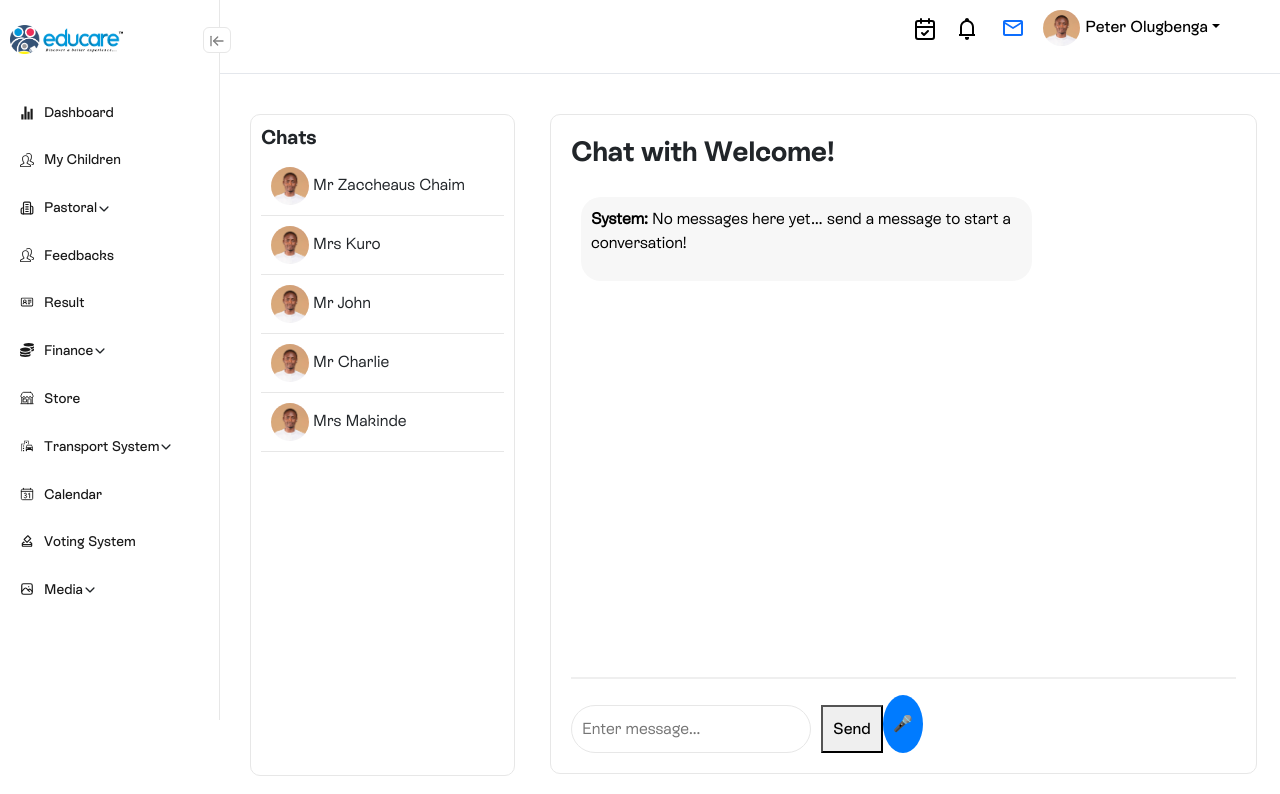
Repository: sarahnnanyelugo/educare-dashboards
Page: /chat-interface
An editor plug-in stored every save of this project. The page is shown before and after the next save, followed by the edit.
The browser window is 1280 px wide. The pictures show the whole page.
The project was rebuilt for these pictures with package versions that can differ from the ones it lists, and the page was loaded fresh each time. Also part of the build but not shown: src/Dashboards/Parents/Feedbacks/feedbacks.scss, src/components/AppTable/table.scss, src/components/AppTable/AppTable.js, src/Utils/DataUtils.js, src/components/Select/select.scss, src/components/Select/Select.js, src/components/Search/search.scss, src/components/Search/Search.js and 50 more.

Above is the page before, as saved 2024-11-27 13:13:02.

### src/App.js
import logo from "./logo.svg";
import "./App.scss";
import "bootstrap/dist/css/bootstrap.min.css";
import { BrowserRouter, Routes, Route, Link, Outlet } from "react-router-dom";
import { ParentsLayout } from "./Layouts/ParentsLayout";
import { MainNews } from "./pages/NewsPage/MainNews/MainNews";
import { NewsPage } from "./pages/NewsPage/NewsPage";
function App() {
  return (
    <>
      {" "}
      <Routes>
        <Route path="/*" element={<ParentsLayout />} />{" "}
        <Route path="news-page" element={<NewsPage />} />
        <Route path="main-news/:blog_id" element={<MainNews />} />
      </Routes>
    </>
  );
}

export default App;

### src/App.scss
.App-link {
  color: #61dafb;
}

@keyframes App-logo-spin {
  from {
    transform: rotate(0deg);
  }
  to {
    transform: rotate(360deg);
  }
}
@font-face {
  font-family: rebondG;
  src: url(./assets/fonts/Rebond_font/RebondG.otf);
}
@font-face {
  font-family: rebondG-Bold;
  src: url(./assets/fonts/Rebond_font/RebondG-Bold.otf);
}
@font-face {
  font-family: rebondG-Semi-Bold;
  src: url(./assets/fonts/Rebond_font/Rebond-semibold.otf);
}
@font-face {
  font-family: rebondG-Medium;
  src: url(./assets/fonts/Rebond_font/RebondGrotesqueMedium.otf);
}
@font-face {
  font-family: rebondBook;
  src: url(./assets/fonts/Rebond_font/RebondG-Book.ttf);
}
@font-face {
  font-family: rebondLight;
  src: url(./assets/fonts/Rebond_font/RebondGLight.otf);
}
@font-face {
  font-family: rebondMI;
  src: url(./assets/fonts/Rebond_font/RebondGrotesqueMediumitalic.otf);
}
p,
small,
link {
  font-family: rebondBook;
}
h1,
h2,
h3,
h4,
h5,
h6 {
  font-family: rebondG-Bold;
}
a {
  font-family: rebondG-Medium;
  text-decoration: none !important;
}
.card {
  border: 1px solid #e7e7e7 !important;
  border-radius: 10px !important;
}
select {
  border: none;
  background: #fff;
  padding: 7px;
  border-radius: 10px;
  width: 95%;
  font-size: 14px !important;
  font-family: rebondBook !important;
}
hr {
  border: solid 1px #c0bebe !important;
}
.app-btn {
  margin-top: 30px;
  border: solid 1px #e7e7e7;
  border-radius: 36px;
  background: #0098da;
  color: #fff;
  font-family: rebondBook;
  padding: 5px 20px;
  margin-left: 10px;
}
button {
  font-family: rebondG-Medium !important;
}
.page-session {
  border: solid 1px #e7e7e7;
  padding: 20px;
  border-radius: 10px;
  margin-top: 30px;
}

### src/Layouts/ParentsLayout.js
import React from "react";
import { Routes, Route, Navigate } from "react-router-dom";
import { TopNav } from "../components/TopNav/TopNav";
import Feedbacks from "../Dashboards/Parents/Feedbacks/Feedbacks";
import { MainView } from "../Dashboards/Parents/MainView/MainView";
import { MyChildren } from "../Dashboards/Parents/MyChildren/MyChildren";
import ExeatRequests from "../Dashboards/Parents/Pastoral/ExeatRequests";
import HostelReport from "../Dashboards/Parents/Pastoral/HostelReport";
import PastoralReport from "../Dashboards/Parents/Pastoral/PastoralReport";
import { Result } from "../Dashboards/Parents/Result/Result";
import { SideNav } from "../components/SideNav/SideNav";
import { Wallet } from "../Dashboards/Parents/Finance/Wallet";
import { PocketMoney } from "../Dashboards/Parents/Finance/PocketMoney";
import { Invoices } from "../Dashboards/Parents/Finance/Invoices";
import { TransactionHistory } from "../Dashboards/Parents/Finance/TransactionHistory";
import { Store } from "../Dashboards/Parents/Store/Store";
import Event from "../Dashboards/Parents/Calendar/Calendar";
import { VotingSystem } from "../Dashboards/Parents/VotingSystem/VotingSystem";
import { TransportSystem } from "../Dashboards/Parents/TransportSystem/TransportSystem";
import PhotoJournal from "../Dashboards/Parents/Media/PhotoJournals";
import TaggedPost from "../Dashboards/Parents/Media/TaggedPost";
import ChatInterface from "../components/TopNav/ChatInterface/ChatInterface";
export const ParentsLayout = () => {
  return (
    <>
      <div className="d-md-flex">
        <div className="col-md-">
          <SideNav />
        </div>
        <div className="container-fluid" style={{ padding: "0px 0px" }}>
          <TopNav />
          <Routes>
            <Route path="/" element={<MainView />} />{" "}
            <Route path="/my-children" element={<MyChildren />} />{" "}
            <Route path="/result" element={<Result />} />{" "}
            <Route path="/feedbacks" element={<Feedbacks />} />{" "}
            <Route path="/pastoral-report" element={<PastoralReport />} />{" "}
            <Route path="/exeat-requests" element={<ExeatRequests />} />{" "}
            <Route path="/hostel-report" element={<HostelReport />} />{" "}
            <Route path="/wallet" element={<Wallet />} />{" "}
            <Route path="/pocket-money" element={<PocketMoney />} />{" "}
            <Route path="/invoices" element={<Invoices />} />{" "}
            <Route path="/store" element={<Store />} />{" "}
            <Route path="/calendar" element={<Event />} />{" "}
            <Route path="/chat-interface" element={<ChatInterface />} />{" "}
            <Route
              path="/transaction-history"
              element={<TransactionHistory />}
            />{" "}
            <Route path="/voting-system" element={<VotingSystem />} />{" "}
            <Route path="/transport-system" element={<TransportSystem />} />{" "}
            <Route path="/photo-journals" element={<PhotoJournal />} />{" "}
            <Route path="/tagged-posts" element={<TaggedPost />} />{" "}
          </Routes>
        </div>
      </div>
    </>
  );
};

### src/components/TopNav/TopNav.js
import React from "react";
import "./top-nav.scss";
import { LuCalendarCheck } from "react-icons/lu";
import { CgBell } from "react-icons/cg";
import { MdOutlineEmail } from "react-icons/md";
import Container from "react-bootstrap/Container";
import Nav from "react-bootstrap/Nav";
import Navbar from "react-bootstrap/Navbar";
import Icon5 from "../../assets/images/peter.png";
import { FaRegUser } from "react-icons/fa";

import Dropdown from "react-bootstrap/Dropdown";
import { IoIosLogOut } from "react-icons/io";
import { Link } from "react-router-dom";

export const TopNav = () => {
  return (
    <div className="top-nav-container">
      <ul className="list-inline">
        <li className="list-inline-item">
          <div className="profile-drop profile-drop2">
            <Dropdown>
              <Dropdown.Toggle>
                <LuCalendarCheck style={{ fontSize: "24px" }} />
              </Dropdown.Toggle>

              <Dropdown.Menu>
                <Dropdown.Item href="/dashboard-selector">
                  <h6>Unapproved Results</h6>
                </Dropdown.Item>
                <hr />
              </Dropdown.Menu>
            </Dropdown>
          </div>
        </li>
        <li className="list-inline-item">
          <div className="profile-drop profile-drop2">
            <Dropdown>
              <Dropdown.Toggle>
                <CgBell style={{ fontSize: "24px" }} />
              </Dropdown.Toggle>

              <Dropdown.Menu>
                <Dropdown.Item href="/dashboard-selector">
                  <h6>Notifications</h6>
                </Dropdown.Item>
                <hr />
              </Dropdown.Menu>
            </Dropdown>
          </div>
        </li>{" "}
        <li className="list-inline-item">
          <Link to={"/chat-interface"}>
            {" "}
            <MdOutlineEmail style={{ fontSize: "24px" }} />
          </Link>
        </li>
        <li className="list-inline-item">
          <div className="profile-drop">
            <Dropdown>
              <Dropdown.Toggle>
                <img src={Icon5} width="37px" />
                Peter Olugbenga
              </Dropdown.Toggle>

              <Dropdown.Menu>
                <Dropdown.Item href="/dashboard-selector">
                  <h6> Peter Olugbenga</h6>
                  <small>olasunkanifiness@gmail.com</small>
                </Dropdown.Item>
                <hr />
                <Dropdown.Item>
                  <FaRegUser style={{ marginRight: "10px" }} />
                  Profile
                </Dropdown.Item>
                <Dropdown.Item>
                  <IoIosLogOut style={{ marginRight: "10px" }} />
                  Sign out
                </Dropdown.Item>
              </Dropdown.Menu>
            </Dropdown>
          </div>
        </li>
      </ul>
    </div>
  );
};

### src/components/TopNav/ChatInterface/ChatInterface.js
import React, { useState } from "react";
import { ChatWindow } from "./ChatWindow";
import Contacts from "./Contacts";
import { contacts, messages } from "../../../TestData/chatContactData";

const ChatInterface = () => {
  const [selectedContactId, setSelectedContactId] = useState(null);

  // Default message for when no contact is selected
  const defaultMessages = [
    {
      sender: "System",
      text: "No messages here yet… send a message to start a conversation!",
    },
  ];

  const currentMessages = selectedContactId
    ? messages[selectedContactId]
    : defaultMessages;
  const currentContactName = selectedContactId
    ? contacts.find((c) => c.id === selectedContactId).name
    : "Welcome!";

  return (
    <div className="chat-interface">
      <Contacts
        contacts={contacts}
        onSelectContact={setSelectedContactId}
        activeContactId={selectedContactId}
      />
      <ChatWindow
        messages={currentMessages}
        selectedContact={currentContactName}
      />
    </div>
  );
};

export default ChatInterface;

### src/components/TopNav/top-nav.scss
.top-nav-container {
  height: 74px;
  border-bottom: solid 1px #e4e7ec;
  //   padding-top: 20px;
  padding-right: 50px;
  ul {
    float: right;
    li {
      margin: 10px;
    }
  }
  .profile-drop {
    .btn {
      padding: 0;
      background: #fff !important;
      border: none !important;
      color: #000;
      font-family: rebondG-Medium;
      font-size: 16px;
      img {
        border-radius: 100%;
        margin-right: 5px;
      }
    }
    .dropdown-menu {
      border: solid 1px #d0d5dd;
      font-family: montM;
      box-shadow: 0px 1px 3px #1018281a;
      border: 1px solid #e4e7ec;
      border-radius: 10px;
      min-height: 150px;
      width: 230px !important;
      padding: 5px 10px;
      font-size: 14px;
      a {
        padding: 10px;
      }
      h6 {
        margin-bottom: 0;
      }
      small {
        color: #9d9ea1;
        font-size: 12px;
      }
      hr {
        border: solid 1px #d0d5dd;
        margin-top: 0;
        margin-bottom: 0;
      }
    }
  }
}
.profile-drop2 {
  .dropdown-toggle::after {
    display: none;
  }
}

### src/components/SideNav/SidebarData.js
import React from "react";
import * as FaIcons from "react-icons/fa";
import * as AiIcons from "react-icons/ai";
import * as IoIcons from "react-icons/io";

export const SidebarData = [
  {
    name: "Dashboard",
    icon: "IoStatsChartSharp",
    url: "/",
  },
  {
    name: "My Children",
    icon: "SlPeople",
    url: "/my-children",
  },
  {
    name: "Pastoral",
    icon: "LuBuilding2",
    url: "/pastoral",
    accordion: true,
    accordionContent: [
      { name: "Pastoral Report", url: "/pastoral-report" },
      { name: "Exeat Requests", url: "/exeat-requests" },
      { name: "Hostel Report", url: "/hostel-report" },
    ],
  },
  {
    name: "Feedbacks",
    icon: "SlPeople",
    url: "/feedbacks",
  },
  {
    name: "Result",
    icon: "LiaIdCardSolid",
    url: "/result",
  },
  {
    name: "Finance",
    icon: "FaCoins",
    url: "/finance",
    accordion: true,
    accordionContent: [
      { name: "Wallet", url: "/wallet" },
      { name: "Pocket Money", url: "/pocket-money" },
      { name: "Invoices", url: "/invoices" },
      { name: "Transaction History", url: "/transaction-history" },
    ],
  },
  {
    name: "Store",
    icon: "IoStorefrontOutline",
    url: "/store",
  },
  {
    name: "Transport System",
    icon: "MdOutlineEmojiTransportation",
    accordion: true,
    accordionContent: [
      { name: "Bus", url: "/transport-system" },
      { name: "Pickup", url: "/pickup" },
    ],
  },
  {
    name: "Calendar",
    icon: "IoCalendarNumberOutline",
    url: "/calendar",
  },
  {
    name: "Voting System",
    icon: "MdOutlineHowToVote",
    url: "/voting-system",
  },
  {
    name: "Media",
    icon: "TbPhoto",

    accordion: true,
    accordionContent: [
      { name: "Photo Journals", url: "/photo-journals" },
      { name: "Tagged Posts", url: "/tagged-posts" },
    ],
  },
];

### src/components/SideNav/side-nav.scss
.side-nav-div {
  background: rgb(255, 255, 255);
  padding: 0 !important;

  .nav-inner {
    padding: 25px 5px 5px 10px;
    display: flex;
    align-items: center;
  }
  border-right: 1px solid #e7e7e7;
  a {
    color: #191919;
    font-size: 14px;

    border-radius: 6px;
  }
  ul {
    // background: red;
    li {
      margin: 5px 15px !important;
      padding: 8px 10px 8px 5px;
      &:hover {
        border-radius: 6px;

        background: #fafafa;
      }
    }
  }
  .list-group-item {
    margin: 5px 15px !important;
    padding: 8px 10px 8px 5px;
    border: none;
    &:hover {
      border-radius: 6px;

      background: #fafafa;
    }
  }
  ol {
    // background: red;
    li {
      &:hover {
        background: #fafafa;
        border-radius: 6px;
      }
    }
  }
  .accordion-button {
    padding: 3px 0 3px 0px !important;
    margin-left: 0 !important;
    font-size: 14px;
    font-family: rebondG-Medium !important;

    background: transparent !important;
    width: 100% !important;
  }
  .accordion-body {
    border-left: 1px solid #e7e7e7;
    margin-top: 20px;
    padding: 0 !important;
    ol {
      li {
        font-size: 10px;
      }
    }
  }
  .accordion-button:not(.collapsed) {
    border-bottom: 0 !important;
    width: 100% !important;
  }
  .accordion-button::after {
    display: none;
  }
  .accordion-item {
    border: none !important;
  }
  .active-link {
    color: #0098da; /* Change to your desired active link color */
    font-weight: bold;
    padding: 8px 10px 8px 5px;
    font-size: 14px;
    background-color: #e6f7ff;
    width: 100% !important;
  }
}
.link-span {
  width: 100% !important;
}

### src/components/TopNav/ChatInterface/ChatWindow.js
import React, { useState, useEffect } from "react";
import "./chat.scss";
const formatTime = (date) => {
  const hours = date.getHours();
  const minutes = date.getMinutes();
  const ampm = hours >= 12 ? "PM" : "AM";
  const formattedHours = hours % 12 || 12; // Convert 24-hour to 12-hour
  const formattedMinutes = minutes < 10 ? "0" + minutes : minutes;
  return `${formattedHours}:${formattedMinutes} ${ampm}`;
};
export const ChatWindow = ({ messages, selectedContact }) => {
  const [chatMessages, setChatMessages] = useState([]);
  const [newMessage, setNewMessage] = useState("");
  const [recording, setRecording] = useState(false);
  const [mediaRecorder, setMediaRecorder] = useState(null);
  const [audioChunks, setAudioChunks] = useState([]);
  useEffect(() => {
    setChatMessages(messages);
  }, [messages]);
  useEffect(() => {
    console.log(audioChunks);
  }, [audioChunks]);
  const handleSend = () => {
    if (newMessage.trim()) {
      // Get the current time when the message is sent
      const currentTime = formatTime(new Date());

      const newChatMessage = {
        sender: "You",
        text: newMessage,
        time: currentTime,
      };

      // Add the new message to the chat messages
      setChatMessages((prevMessages) => [...prevMessages, newChatMessage]);

      // Clear the input box after sending the message
      setNewMessage("");
    }
  };
  const handleStartRecording = async () => {
    try {
      const stream = await navigator.mediaDevices.getUserMedia({ audio: true });
      console.log("Microphone access granted.");

      const recorder = new MediaRecorder(stream);
      const chunks = [];

      recorder.ondataavailable = (event) => {
        if (event.data.size > 0) {
          console.log("Audio chunk received:", event.data);
          chunks.push(event.data);
        }
      };

      recorder.onstop = () => {
        if (chunks.length > 0) {
          console.log("Recording stopped. Creating audio blob...");
          const audioBlob = new Blob(chunks, { type: "audio/webm" });
          const audioUrl = URL.createObjectURL(audioBlob);

          // Add audio message to the chat
          const currentTime = formatTime(new Date());
          setChatMessages((prevMessages) => [
            ...prevMessages,
            {
              sender: "You",
              text: null,
              audio: audioUrl,
              time: currentTime,
            },
          ]);
        } else {
          console.error("No audio data captured.");
        }
      };

      recorder.start();
      console.log("Recording started.");
      setMediaRecorder(recorder);
      setRecording(true);
    } catch (error) {
      console.error("Error accessing microphone:", error);
      alert("Microphone access is required for voice recording.");
    }
  };
  const handleStopRecording = () => {
    if (mediaRecorder) {
      mediaRecorder.stop();
      setRecording(false);
    }
  };

  return (
    <div className="chat-window card col-md-8">
      <h3>Chat with {selectedContact}</h3>
      <div className="message-list">
        {chatMessages.map((msg, index) => (
          <div
            key={index}
            className={`message ${msg.sender === "You" ? "sent" : "received"}`}
          >
            {msg.text ? (
              <p>
                <strong>{msg.sender}:</strong> {msg.text}
              </p>
            ) : (
              <audio controls>
                <source src={msg.audio} type="audio/webm" />
              </audio>
            )}
            <span className="message-time">{msg.time}</span>
          </div>
        ))}
      </div>
      <hr />
      <div className="d-flex col-md-12">
        <div className="input-box">
          <input
            type="text"
            value={newMessage}
            onChange={(e) => setNewMessage(e.target.value)}
            placeholder="Enter message..."
            className="col-md-12"
          />
          <button onClick={handleSend}>Send</button>
        </div>{" "}
        <button
          onClick={recording ? handleStopRecording : handleStartRecording}
          className={`record-button ${recording ? "recording" : ""}`}
        >
          🎤
        </button>
      </div>
    </div>
  );
};

### src/components/TopNav/ChatInterface/Contacts.js
import React from "react";
const Contacts = ({ contacts, onSelectContact, activeContactId }) => {
  return (
    <div className="col-md-3 cover">
      {" "}
      <div className="chat-contacts card col-md-12">
        <h5>Chats</h5>
        <ul>
          {contacts.map((contact) => (
            <li
              key={contact.id}
              className={contact.id === activeContactId ? "active" : ""}
              onClick={() => onSelectContact(contact.id)}
            >
              <img src={contact.profilePicture} width="38px" height="38px" />{" "}
              {contact.name}
            </li>
          ))}
        </ul>
      </div>
    </div>
  );
};

export default Contacts;

### src/TestData/chatContactData.js
import Img1 from "../assets/images/peter.png";

export const contacts = [
  { id: 1, name: "Mr Zaccheaus Chaim", profilePicture: Img1 },
  { id: 2, name: "Mrs Kuro", profilePicture: Img1 },
  { id: 3, name: "Mr John", profilePicture: Img1 },
  { id: 4, name: "Mr Charlie", profilePicture: Img1 },
  { id: 5, name: "Mrs Makinde", profilePicture: Img1 },
];

export const messages = {
  1: [
    { sender: "Mr Zaccheaus Chaim", text: "Hi there!" },
    { sender: "You", text: "Hello Alice!" },
  ],
  2: [
    { sender: "Mrs Kuro", text: "How are you?" },
    { sender: "You", text: "I'm good, thanks!" },
  ],
  3: [
    { sender: "Mr John", text: "Hey, long time no see!" },
    { sender: "You", text: "Yeah, it's been a while." },
  ],

  4: [
    { sender: "Mr Charlie", text: "Hey, long time no see!" },

    { sender: "You", text: "Yeah, it's been a while." },
  ],
  5: [
    { sender: "Mrs Makinde", text: "Hey, long time no see!" },
    { sender: "You", text: "Yeah, it's been a while." },
  ],
};

### src/components/TopNav/ChatInterface/chat.scss
.chat-interface {
  display: flex;
  width: 100%;
  height: 100vh;
}
.chat-contacts {
  //   width: 25%;
  background-color: #fff;
  padding: 10px;
  border-right: 1px solid #ddd;
  margin-top: 40px;
  margin: 40px 20px 20px 30px;
  height: 92vh;

  img {
    border-radius: 100%;
  }
  ul {
    list-style: none;
    padding: 0;
    margin: 0;
  }
  li {
    padding: 10px;
    cursor: pointer;

    font-family: rebondBook;
    border-bottom: solid 1px #e7e7e7;
    &:hover {
      background-color: #f0f0f0;
    }
  }
}
.chat-contacts li.active {
  background-color: #0098da;
  color: white;
  font-weight: bold;
  border-radius: 12px;
}
.chat-window {
  padding: 20px;
  display: flex;
  flex-direction: column;
  margin-top: 40px;
  margin: 40px 20px 20px 65px;
}

.message-list {
  flex: 1;
  overflow-y: auto;
  margin-bottom: 10px;
}

.message {
  padding: 10px;
  margin-bottom: 5px;
}
.input-box {
  //   display: flex;
}

.input-box input {
  flex: 1;
  padding: 10px;
  font-family: rebondBook;
  border: solid 1px #e7e7e7;
  border-radius: 36px;
  width: 100%;
}

.input-box button {
  padding: 10px;
}
.no-messages {
  text-align: center;
  color: #888;
  font-style: italic;
  margin: 20px 0;
}
.message {
  margin: 10px 0;
  padding: 10px;
  border-radius: 5px;
  max-width: 70%;
}

.message.sent {
  background-color: #cef0ff;
  color: #000;
  border-radius: 20px;
  align-self: flex-end;
  text-align: right;
}

.message.received {
  align-self: flex-start;
  text-align: left;
  background-color: #f7f7f7;
  border-radius: 20px;
  color: #000;
}

.message-list {
  display: flex;
  flex-direction: column;
  gap: 10px;
  overflow-y: auto;
  padding: 10px;
  flex: 1;
  //   max-height: 400px; /* Adjust based on your layout */
}

.input-box {
  display: flex;
  gap: 10px;
  margin-top: 10px;
}
/* Recording button styles */
.record-button {
  background-color: #007bff;
  color: white;
  border: none;
  padding: 10px;
  border-radius: 50%;
  cursor: pointer;
}

.record-button.recording {
  background-color: #ff4d4d;
  animation: pulse 1s infinite;
}

@keyframes pulse {
  0% {
    transform: scale(1);
  }
  50% {
    transform: scale(1.1);
  }
  100% {
    transform: scale(1);
  }
}
// .covering {
//   padding: 10px;
//   height: 600px;
//   height: 100vh;
// }

Loaded but not shown: public/index.html (common file); src/index.js (common file); src/index.css (common file); src/reportWebVitals.js (common file); src/components/SideNav/SideNav.js (225 lines, source omitted); src/Dashboards/Parents/TransportSystem/transport-system.scss (no stored copy; drawn as an empty file)

After the next save:
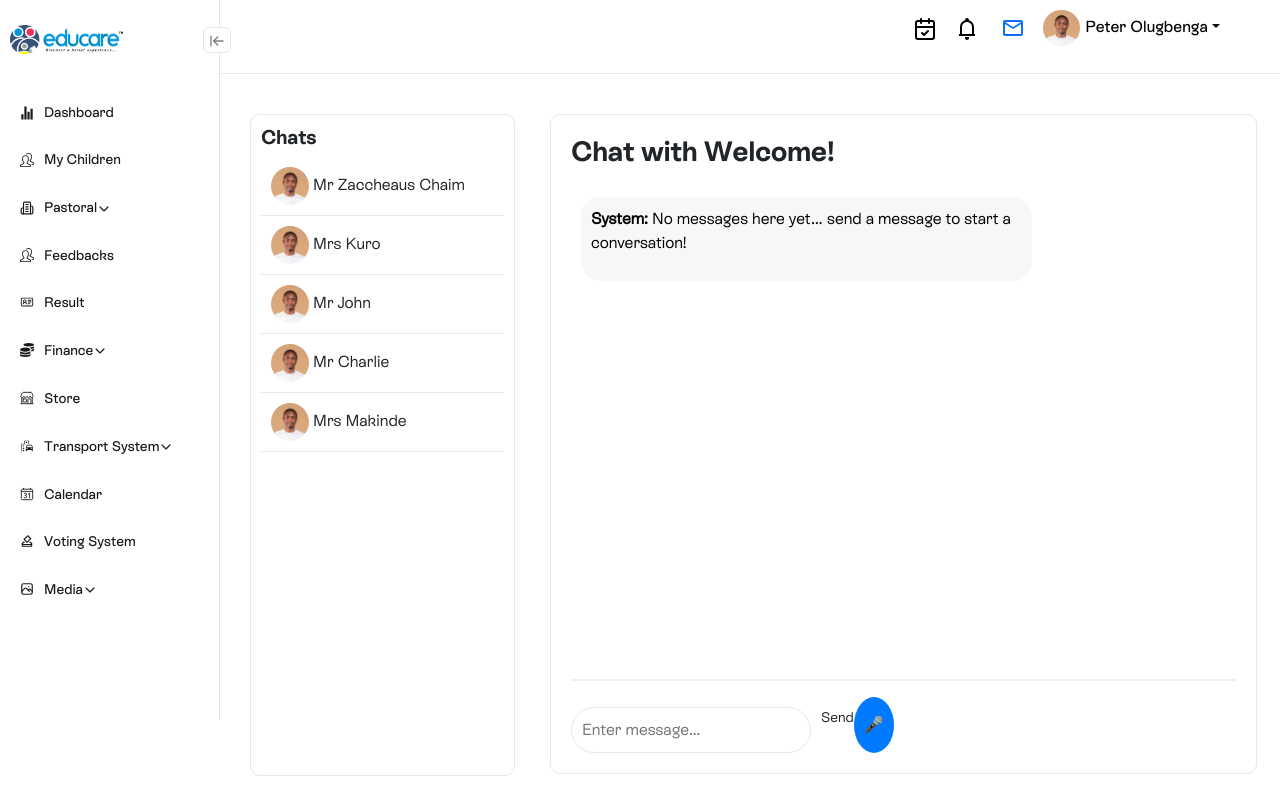
Saved 71 s later.
--- a/src/components/TopNav/ChatInterface/ChatWindow.js
+++ b/src/components/TopNav/ChatInterface/ChatWindow.js
@@ -123,7 +123,7 @@ export const ChatWindow = ({ messages, selectedContact }) => {
             placeholder="Enter message..."
             className="col-md-12"
           />
-          <button onClick={handleSend}>Send</button>
+          <small onClick={handleSend}>Send</small>
         </div>{" "}
         <button
           onClick={recording ? handleStopRecording : handleStartRecording}
